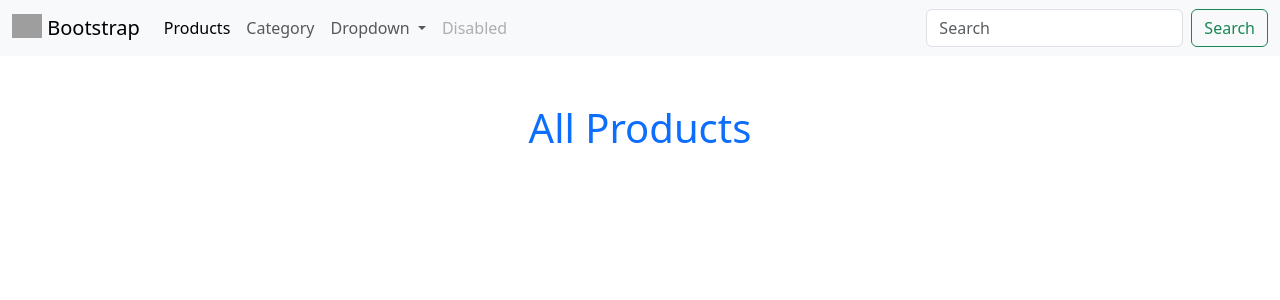
Repository: MohamedSalahdj/Dj-Simple-E-Commerce
Page: http://localhost/
These files come from the project's save history. The page is drawn as it stood at one moment and after the next save; the edit follows.
The browser window is 1280 px wide. The pictures show the whole page.
Pictures or frames that could not be fetched are drawn as grey boxes. The page is served by the project's application, run on Django 5.2 (manage.py). Other server files are loaded and not shown. Queries for data that is not in the repository find no rows.

Above is the page before, as saved 2024-02-23 04:19:10.

### product/templates/product/product/list_products.html
{% extends "base.html" %}

{% block content %}
    <h1 class='mt-5 text-primary text-center'>All Products</h1>
   <div class='container'>
    {% for product in products %}
    <div class="card" style="width: 18rem;">
        <div class='w-75 mx-auto'>
            <img src="{{product.image.url}}" class="card-img-top mt-2 w-100" alt="...">
        </div>
        <div class="card-body">
          <h5 class="card-title">{{product.name}}</h5>
          <p class="card-text">---</p>
          <a href="#" class="btn btn-primary">Go somewhere</a>
        </div>
    </div>
    {% endfor %}


   </div>
{% endblock content %}

### templates/base.html
<!doctype html>
<html lang="en">
  <head>
    <meta charset="utf-8">
    <meta name="viewport" content="width=device-width, initial-scale=1">
    <title>Bootstrap demo</title>
    <link href="https://cdn.jsdelivr.net/npm/bootstrap@5.3.3/dist/css/bootstrap.min.css" rel="stylesheet" integrity="sha384-QWTKZyjpPEjISv5WaRU9OFeRpok6YctnYmDr5pNlyT2bRjXh0JMhjY6hW+ALEwIH" crossorigin="anonymous">
  </head>
  <body>

    <nav class="navbar navbar-expand-lg bg-body-tertiary">
        <div class="container-fluid">
            <a class="navbar-brand" href="#">
                <img src="/docs/5.3/assets/brand/bootstrap-logo.svg" alt="Logo" width="30" height="24" class="d-inline-block align-text-top">
                Bootstrap
              </a>
          <button class="navbar-toggler" type="button" data-bs-toggle="collapse" data-bs-target="#navbarSupportedContent" aria-controls="navbarSupportedContent" aria-expanded="false" aria-label="Toggle navigation">
            <span class="navbar-toggler-icon"></span>
          </button>
          <div class="collapse navbar-collapse" id="navbarSupportedContent">
            <ul class="navbar-nav me-auto mb-2 mb-lg-0">
              <li class="nav-item">
                <a class="nav-link active" aria-current="page" href="{% url 'list_products' %}">Products</a>
              </li>
              <li class="nav-item">
                <a class="nav-link" href="{% url 'list_categories' %}">Category</a>
              </li>
              <li class="nav-item dropdown">
                <a class="nav-link dropdown-toggle" href="#" role="button" data-bs-toggle="dropdown" aria-expanded="false">
                  Dropdown
                </a>
                <ul class="dropdown-menu">
                  <li><a class="dropdown-item" href="#">Action</a></li>
                  <li><a class="dropdown-item" href="#">Another action</a></li>
                  <li><hr class="dropdown-divider"></li>
                  <li><a class="dropdown-item" href="#">Something else here</a></li>
                </ul>
              </li>
              <li class="nav-item">
                <a class="nav-link disabled" aria-disabled="true">Disabled</a>
              </li>
            </ul>
            <form class="d-flex" role="search">
              <input class="form-control me-2" type="search" placeholder="Search" aria-label="Search">
              <button class="btn btn-outline-success" type="submit">Search</button>
            </form>
          </div>
        </div>
      </nav>

    {% block content %}

    {% endblock content %}

    <script src="https://cdn.jsdelivr.net/npm/bootstrap@5.3.3/dist/js/bootstrap.bundle.min.js" integrity="sha384-YvpcrYf0tY3lHB60NNkmXc5s9fDVZLESaAA55NDzOxhy9GkcIdslK1eN7N6jIeHz" crossorigin="anonymous"></script>
  </body>
</html>

### product/views.py
from django.shortcuts import render
from .models import Category, Product
from .forms import ProductForm

def list_categories(request):
    categories = Category.objects.all()
    context = {'categories': categories}

    return render (request, 'product/category/list_category.html', context)


def list_products(request):
    products = Product.objects.all()

    return render(request, 'product/product/list_products.html', {'products':products})



def new_product(request):
    product_form = ProductForm()
    context = {'form' : product_form}

    return render(request, 'product/new_product.html', context)

### project/urls.py
"""
URL configuration for project project.

The `urlpatterns` list routes URLs to views. For more information please see:
    https://docs.djangoproject.com/en/5.0/topics/http/urls/
Examples:
Function views
    1. Add an import:  from my_app import views
    2. Add a URL to urlpatterns:  path('', views.home, name='home')
Class-based views
    1. Add an import:  from other_app.views import Home
    2. Add a URL to urlpatterns:  path('', Home.as_view(), name='home')
Including another URLconf
    1. Import the include() function: from django.urls import include, path
    2. Add a URL to urlpatterns:  path('blog/', include('blog.urls'))
"""
from django.contrib import admin
from django.urls import path, include
from django.conf import settings
from django.conf.urls.static import static


urlpatterns = [
    path('admin/', admin.site.urls),
    path('', include('product.urls'))
]

urlpatterns += static(settings.STATIC_URL, document_root=settings.STATIC_ROOT)
urlpatterns += static(settings.MEDIA_URL, document_root=settings.MEDIA_ROOT)

### product/urls.py
from django.urls import path
from .views import list_products, list_categories, new_product

urlpatterns = [
    path('', list_products, name='list_products'),
    path('category', list_categories, name='list_categories'),
    path('newproduct/', new_product, name='new_product')
]

After the next save:
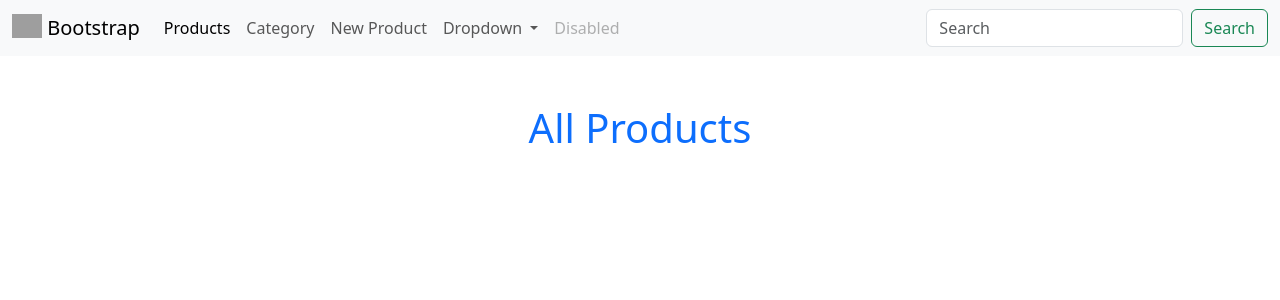
Saved 22 s later.
--- a/templates/base.html
+++ b/templates/base.html
@@ -24,6 +24,10 @@
               </li>
               <li class="nav-item">
                 <a class="nav-link" href="{% url 'list_categories' %}">Category</a>
+              </li>
+
+              <li class="nav-item">
+                <a class="nav-link" href="{% url 'list_categories' %}">New Product</a>
               </li>
               <li class="nav-item dropdown">
                 <a class="nav-link dropdown-toggle" href="#" role="button" data-bs-toggle="dropdown" aria-expanded="false">
